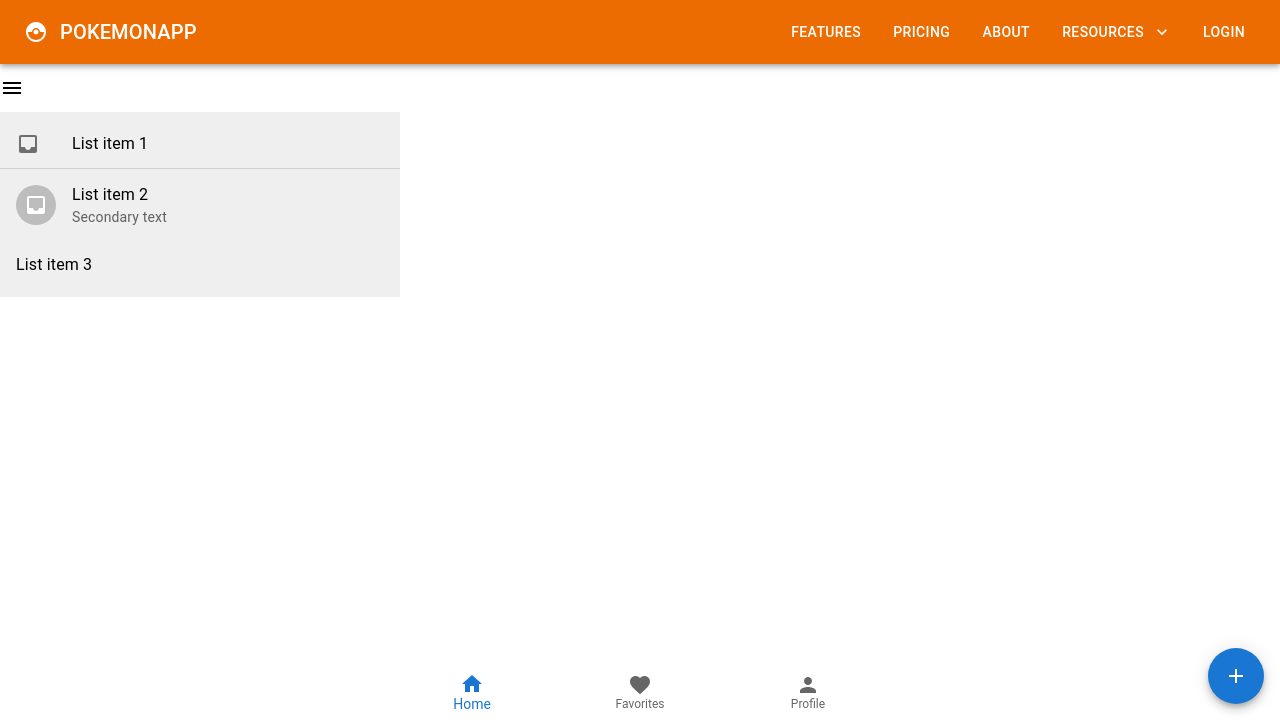
Repository: janidulnkg1/react-mui
Page: / (app in mui-demo/)
These files come from the project's save history. The page is drawn as it stood at one moment and after the next save; the edit follows.
The browser window is 1280 px wide. The pictures show the whole page.
The project was rebuilt for these pictures with package versions that can differ from the ones it lists, and the page was loaded fresh each time.

Above is the page before, as saved 2023-11-13 12:02:27.

After the next save:
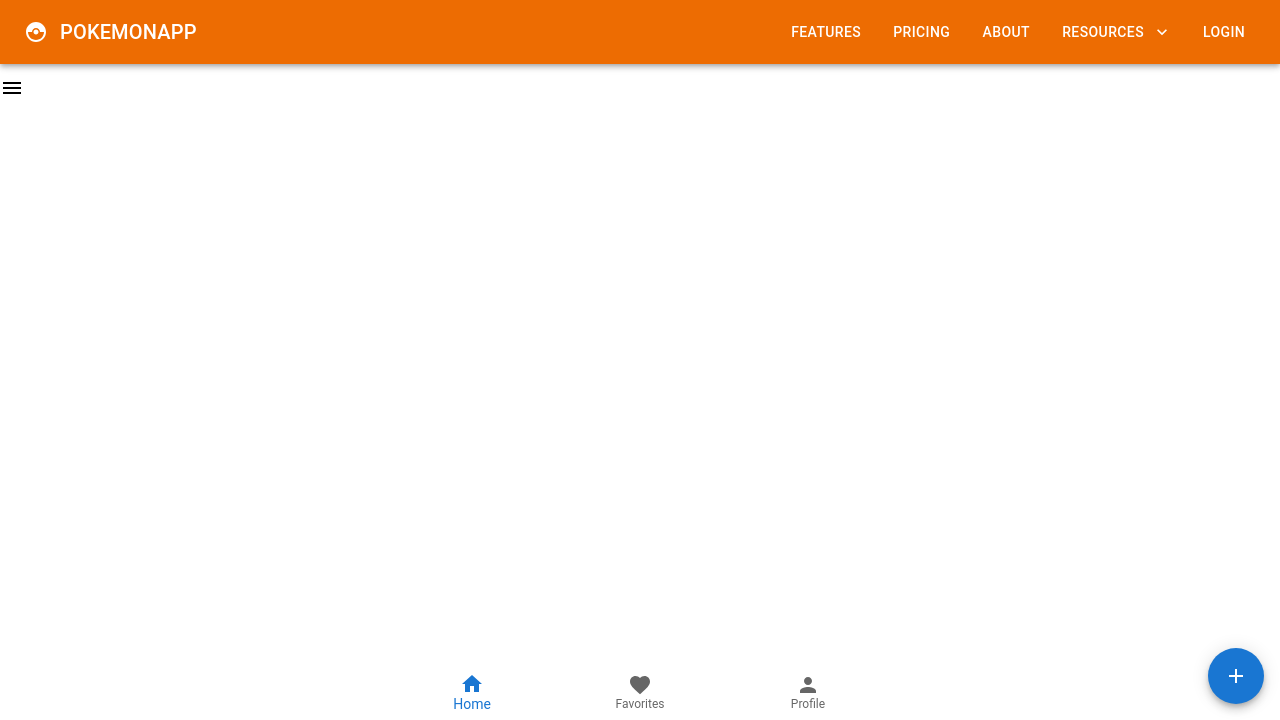
Saved 4 s later.
--- a/mui-demo/src/App.tsx
+++ b/mui-demo/src/App.tsx
@@ -47,7 +47,6 @@ function App() {
         {/*MuiList */}
       <MuiNavbar />
       <MuiDrawer />
-      <MuiList />
       <MuiSpeedDial />
       <MuiBottomNavigation />
     </div>
